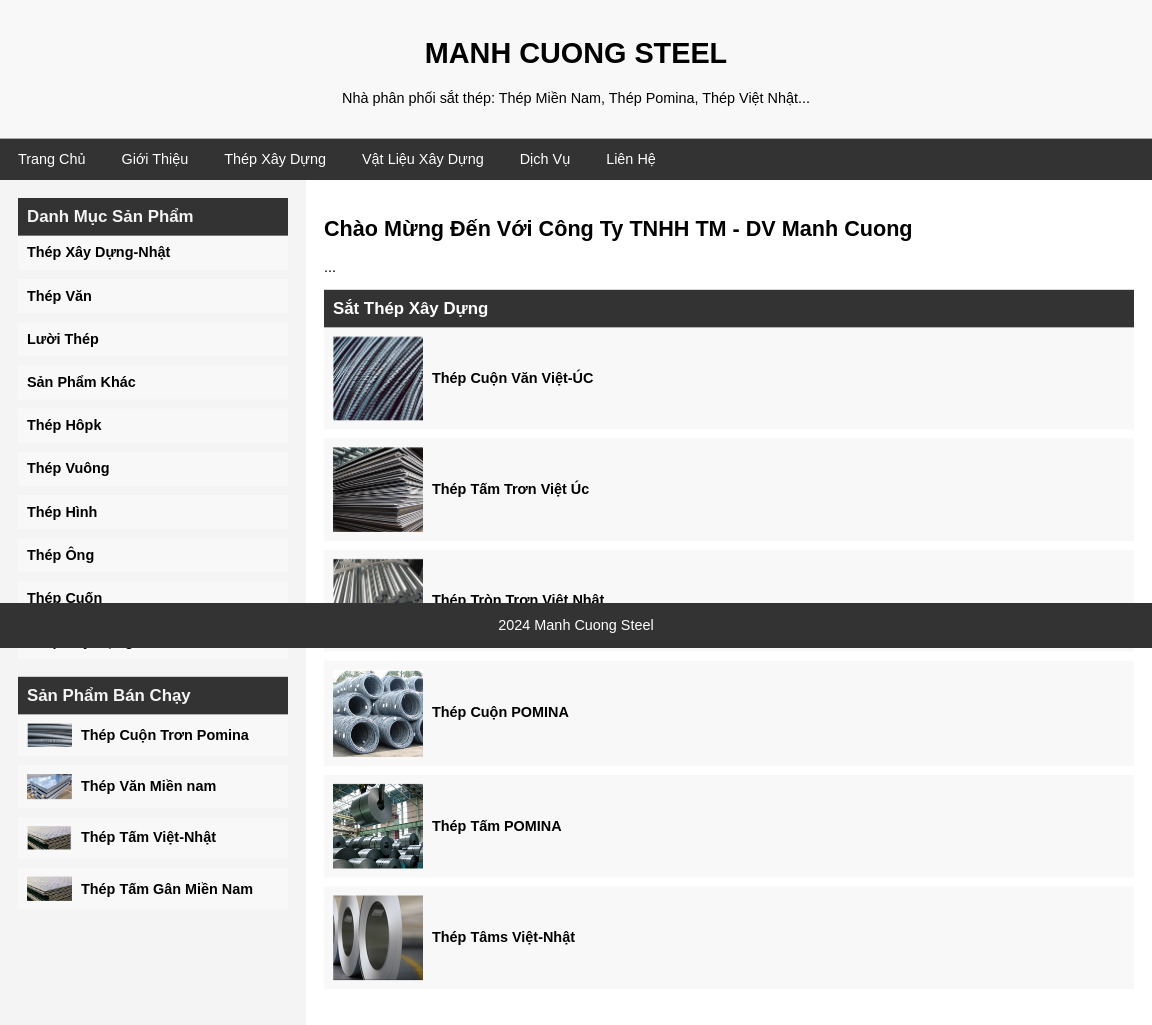
Repository: voduyquang123/quang2k4
Page: quang/FE/index.html
An editor plug-in stored every save of this project. The page is shown before and after the next save, followed by the edit.
The browser window is 1280 px wide. The pictures show the whole page, at 90% of full size.

Above is the page before, as saved 2024-06-22 10:59:40.

### quang/FE/index.html
<!DOCTYPE html>
<html lang="en">

<head>
    <meta charset="UTF-8">
    <meta name="viewport" content="width=device-width, initial-scale=1.0">
    <title>Manh Cuong Steel</title>
    <style>
        body {
            font-family: Arial, sans-serif;
            margin: 0;
            padding: 0;
            box-sizing: border-box;
        }

        header {
            background-color: #f8f8f8;
            padding: 20px;
            text-align: center;
        }

        nav {
            background-color: #333;
            overflow: hidden;
        }

        nav ul {
            list-style-type: none;
            margin: 0;
            padding: 0;
        }

        nav ul li {
            float: left;
        }

        nav ul li a {
            display: block;
            color: white;
            text-align: center;
            padding: 14px 20px;
            text-decoration: none;
        }

        nav ul li a:hover {
            background-color: #111;
        }

        .container {
            display: flex;
        }

        .sidebar {
            width: 25%;
            background-color: #f4f4f4;
            padding: 20px;
        }

        .content {
            width: 75%;
            padding: 20px;
        }

        .product-list,
        .best-sellers {
            margin-bottom: 20px;
        }

        .product-list h3,
        .best-sellers h3 {
            background-color: #333;
            color: white;
            padding: 10px;
            margin: 0;
            font-weight: 0;
        }

        .product-list ul,
        .best-sellers ul {
            list-style-type: none;
            padding: 0;
            margin: 0;
            font-weight: bold;
        }


        .product-list ul,
        .best-sellers ul {
            list-style-type: none;
            padding: 0;
        }

        .product-list li,
        .best-sellers li {
            background-color: #f8f8f8;
            margin-bottom: 10px;
            padding: 10px;
            display: flex;
            align-items: center;
        }

        .product-list h3,
        .best-sellers h3 {
            background-color: #333;
            color: #f4f4f4;
            padding: 10px;
            margin: 0;
        }

        .product-list li img,
        .best-sellers li img {
            margin-right: 10px;
        }

        footer {
            background-color: #333;
            color: white;
            text-align: center;
            padding: 0px;
            position: fixed;
            width: 100%;
            bottom: 0;
        }

        .highlighted-title {
            background-color: #333;
            color: white;
            padding: 10px;
            margin: 0;
            font-weight: bold;
        }

        .product-list li img,
        .best-sellers liauto {
            width: 100px;
            height: auto;

        }
    </style>

</head>

<body>
    <header>
        <h1>MANH CUONG STEEL</h1>
        <p>Nhà phân phối sắt thép: Thép Miền Nam, Thép Pomina, Thép Việt Nhật...</p>
    </header>
    <nav>
        <ul>
            <li><a href="#">Trang Chủ</a></li>
            <li><a href="#">Giới Thiệu</a></li>
            <li><a href="#">Thép Xây Dựng</a></li>
            <li><a href="#">Vật Liệu Xây Dựng</a></li>
            <li><a href="#">Dịch Vụ</a></li>
            <li><a href="#">Liên Hệ</a></li>
        </ul>
    </nav>
    <div class="container">
        <div class="sidebar">
            <div class="product-list">
                <h3>Danh Mục Sản Phẩm</h3>
                <ul>
                    <li>Thép Xây Dựng-Nhật</li>
                    <li>Thép Văn</li>
                    <li>Lười Thép</li>
                    <li>Sản Phẩm Khác</li>
                    <li>Thép Hôpk</li>
                    <li>Thép Vuông</li>
                    <li>Thép Hình</li>
                    <li>Thép Ông</li>
                    <li>Thép Cuốn </li>
                    <li>Thép Xây Dựng</li>
                </ul>
            </div>
            <div class="best-sellers">
                <h3>Sản Phẩm Bán Chạy</h3>
                <ul>
                    <li><img src="img/1.png" alt="Sản phẩm 1" width="50"> Thép Cuộn Trơn Pomina</li>
                    <li><img src="img/2.png" alt="Sản phẩm 2" width="50"> Thép Văn Miền nam </li>
                    <li><img src="img/3.png" alt="Sản phẩm 3" width="50"> Thép Tấm Việt-Nhật</li>
                    <li><img src="img/4.png" alt="Sản phẩm 4" width="50"> Thép Tấm Gân Miền Nam</li>
                </ul>
            </div>
        </div>
        <div class="content">
            <h2>Chào Mừng Đến Với Công Ty TNHH TM - DV Manh Cuong</h2>
            <p>...</p>
            <h3 class="highlighted-title">Sắt Thép Xây Dựng</h3>
            <div class="product-list">
                <ul>
                    <li><img src="img/5.png" alt="Sản phẩm 5" width="100"> Thép Cuộn Văn Việt-ÚC</li>
                    <li><img src="img/6.png" alt="Sản phẩm 6" width="100"> Thép Tấm Trơn Việt Úc</li>
                    <li><img src="img/7.png" alt="Sản phẩm 7" width="100"> Thép Tròn Trơn Việt Nhật</li>
                    <li><img src="img/8.png" alt="Sản phẩm 8" width="100"> Thép Cuộn POMINA</li>
                    <li><img src="img/9.png" alt="Sản phẩm 9" width="100"> Thép Tấm POMINA</li>
                    <li><img src="img/10.png" alt="Sản phẩm 10" width="100"> Thép Tâms Việt-Nhật</li>
                </ul>
            </div>
        </div>
    </div>
    <footer>
        <p> 2024 Manh Cuong Steel</p>
    </footer>
</body>

</html>

After the next save:
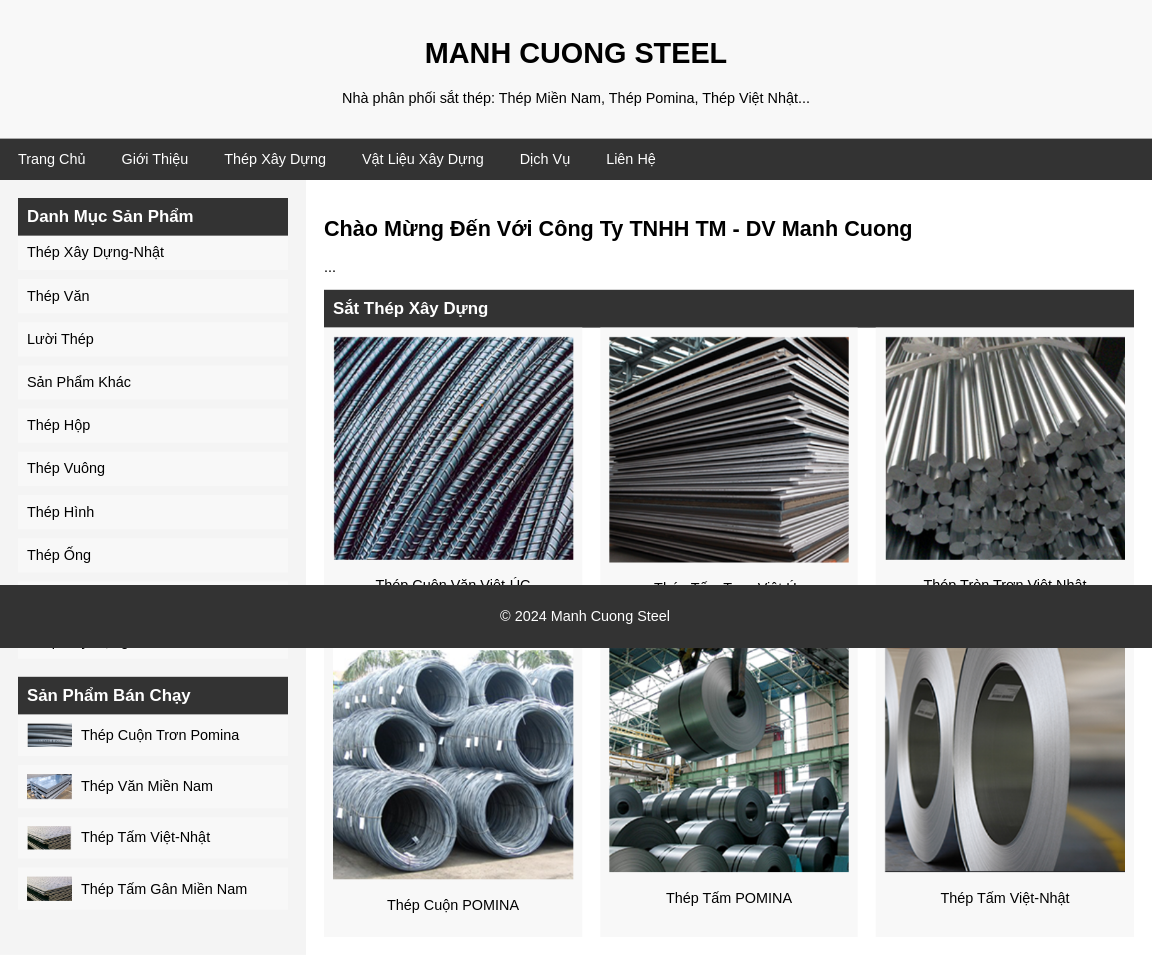
Saved 22 min 48 s later.
--- a/quang/FE/index.html
+++ b/quang/FE/index.html
@@ -72,7 +72,7 @@
             color: white;
             padding: 10px;
             margin: 0;
-            font-weight: 0;
+            font-weight: bold;
         }
 
         .product-list ul,
@@ -80,14 +80,6 @@
             list-style-type: none;
             padding: 0;
             margin: 0;
-            font-weight: bold;
-        }
-
-
-        .product-list ul,
-        .best-sellers ul {
-            list-style-type: none;
-            padding: 0;
         }
 
         .product-list li,
@@ -99,14 +91,6 @@
             align-items: center;
         }
 
-        .product-list h3,
-        .best-sellers h3 {
-            background-color: #333;
-            color: #f4f4f4;
-            padding: 10px;
-            margin: 0;
-        }
-
         .product-list li img,
         .best-sellers li img {
             margin-right: 10px;
@@ -116,7 +100,7 @@
             background-color: #333;
             color: white;
             text-align: center;
-            padding: 0px;
+            padding: 10px;
             position: fixed;
             width: 100%;
             bottom: 0;
@@ -130,14 +114,23 @@
             font-weight: bold;
         }
 
-        .product-list li img,
-        .best-sellers liauto {
-            width: 100px;
+        .product-grid {
+            display: grid;
+            grid-template-columns: repeat(3, 1fr);
+            gap: 20px;
+        }
+
+        .product-item img {
+            width: 100%;
             height: auto;
-
+        }
+
+        .product-item {
+            background-color: #f8f8f8;
+            padding: 10px;
+            text-align: center;
         }
     </style>
-
 </head>
 
 <body>
@@ -164,11 +157,11 @@
                     <li>Thép Văn</li>
                     <li>Lười Thép</li>
                     <li>Sản Phẩm Khác</li>
-                    <li>Thép Hôpk</li>
+                    <li>Thép Hộp</li>
                     <li>Thép Vuông</li>
                     <li>Thép Hình</li>
-                    <li>Thép Ông</li>
-                    <li>Thép Cuốn </li>
+                    <li>Thép Ống</li>
+                    <li>Thép Cuộn</li>
                     <li>Thép Xây Dựng</li>
                 </ul>
             </div>
@@ -176,7 +169,7 @@
                 <h3>Sản Phẩm Bán Chạy</h3>
                 <ul>
                     <li><img src="img/1.png" alt="Sản phẩm 1" width="50"> Thép Cuộn Trơn Pomina</li>
-                    <li><img src="img/2.png" alt="Sản phẩm 2" width="50"> Thép Văn Miền nam </li>
+                    <li><img src="img/2.png" alt="Sản phẩm 2" width="50"> Thép Văn Miền Nam</li>
                     <li><img src="img/3.png" alt="Sản phẩm 3" width="50"> Thép Tấm Việt-Nhật</li>
                     <li><img src="img/4.png" alt="Sản phẩm 4" width="50"> Thép Tấm Gân Miền Nam</li>
                 </ul>
@@ -186,20 +179,36 @@
             <h2>Chào Mừng Đến Với Công Ty TNHH TM - DV Manh Cuong</h2>
             <p>...</p>
             <h3 class="highlighted-title">Sắt Thép Xây Dựng</h3>
-            <div class="product-list">
-                <ul>
-                    <li><img src="img/5.png" alt="Sản phẩm 5" width="100"> Thép Cuộn Văn Việt-ÚC</li>
-                    <li><img src="img/6.png" alt="Sản phẩm 6" width="100"> Thép Tấm Trơn Việt Úc</li>
-                    <li><img src="img/7.png" alt="Sản phẩm 7" width="100"> Thép Tròn Trơn Việt Nhật</li>
-                    <li><img src="img/8.png" alt="Sản phẩm 8" width="100"> Thép Cuộn POMINA</li>
-                    <li><img src="img/9.png" alt="Sản phẩm 9" width="100"> Thép Tấm POMINA</li>
-                    <li><img src="img/10.png" alt="Sản phẩm 10" width="100"> Thép Tâms Việt-Nhật</li>
-                </ul>
+            <div class="product-grid">
+                <div class="product-item">
+                    <img src="img/5.png" alt="Sản phẩm 5">
+                    <p>Thép Cuộn Văn Việt-ÚC</p>
+                </div>
+                <div class="product-item">
+                    <img src="img/6.png" alt="Sản phẩm 6">
+                    <p>Thép Tấm Trơn Việt Úc</p>
+                </div>
+                <div class="product-item">
+                    <img src="img/7.png" alt="Sản phẩm 7">
+                    <p>Thép Tròn Trơn Việt Nhật</p>
+                </div>
+                <div class="product-item">
+                    <img src="img/8.png" alt="Sản phẩm 8">
+                    <p>Thép Cuộn POMINA</p>
+                </div>
+                <div class="product-item">
+                    <img src="img/9.png" alt="Sản phẩm 9">
+                    <p>Thép Tấm POMINA</p>
+                </div>
+                <div class="product-item">
+                    <img src="img/10.png" alt="Sản phẩm 10">
+                    <p>Thép Tấm Việt-Nhật</p>
+                </div>
             </div>
         </div>
     </div>
     <footer>
-        <p> 2024 Manh Cuong Steel</p>
+        <p>&copy; 2024 Manh Cuong Steel</p>
     </footer>
 </body>
 
